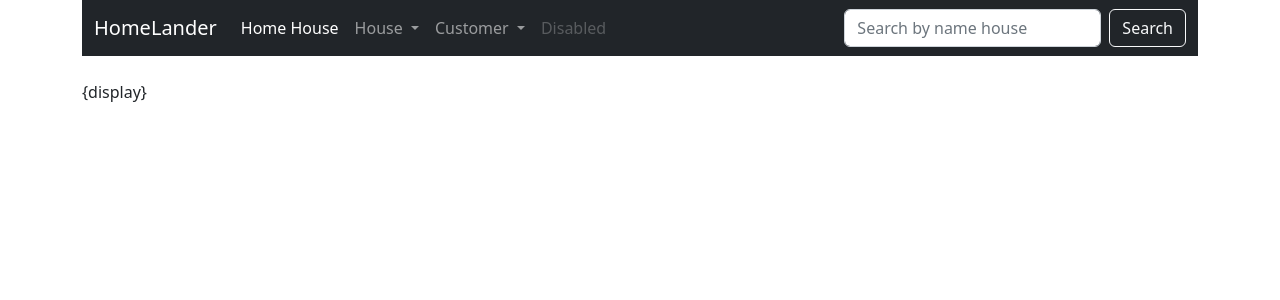
Repository: nguyenhung50497/MD3_caseStudy
Page: src/views/error/notfound.html
These files come from the project's save history. The page is drawn as it stood at one moment and after the next save; the edit follows.
The browser window is 1280 px wide. The pictures show the whole page.

Above is the page before, as saved 2023-01-03 20:16:26.

### src/views/error/notfound.html
<!doctype html>
<html lang="en">
  <head>
    <meta charset="utf-8">
    <meta name="viewport" content="width=device-width, initial-scale=1">
    <title>Home</title>
    <link href="https://cdn.jsdelivr.net/npm/bootstrap@5.2.3/dist/css/bootstrap.min.css" rel="stylesheet" integrity="sha384-rbsA2VBKQhggwzxH7pPCaAqO46MgnOM80zW1RWuH61DGLwZJEdK2Kadq2F9CUG65" crossorigin="anonymous">
  </head>
  <body>
    <div class="container" style="width: 90%;">
      <nav class="navbar navbar-dark bg-dark navbar-expand-lg">
        <div class="container-fluid">
          <a class="navbar-brand" href="/house/home">HomeLander</a>
          <button class="navbar-toggler" type="button" data-bs-toggle="collapse" data-bs-target="#navbarSupportedContent" aria-controls="navbarSupportedContent" aria-expanded="false" aria-label="Toggle navigation">
            <span class="navbar-toggler-icon"></span>
          </button>
          <div class="collapse navbar-collapse" id="navbarSupportedContent">
            <ul class="navbar-nav me-auto mb-2 mb-lg-0">
              <li class="nav-item">
                <a class="nav-link active" aria-current="page" href="/house/home">Home House</a>
              </li>
              <li class="nav-item dropdown">
                <a class="nav-link dropdown-toggle" href="#" role="button" data-bs-toggle="dropdown" aria-expanded="false">
                  House
                </a>
                <ul class="dropdown-menu">
                  <li><a class="dropdown-item" href="/house/create">Create New House</a></li>
                  <li><a class="dropdown-item" href="/house/home">Search House</a></li>
                  <li><hr class="dropdown-divider"></li>
                  <li><a class="dropdown-item" href="#">Something else here</a></li>
                </ul>
              </li>
              <li class="nav-item dropdown">
                <a class="nav-link dropdown-toggle" href="#" role="button" data-bs-toggle="dropdown" aria-expanded="false">
                  Customer
                </a>
                <ul class="dropdown-menu">
                  <li><a class="dropdown-item" href="/customer/home">All Customer</a></li>
                  <li><a class="dropdown-item" href="/customer/create">Create New Customer</a></li>
                  <li><a class="dropdown-item" href="/customer/home">Search Customer</a></li>
                  <li><hr class="dropdown-divider"></li>
                  <li><a class="dropdown-item" href="#">Something else here</a></li>
                </ul>
              </li>
              <li class="nav-item">
                <a class="nav-link disabled">Disabled</a>
              </li>
            </ul>
            <form class="d-flex" role="search" method="post">
              <input class="form-control me-2" name="search" type="search" placeholder="Search by name house" aria-label="Search">
              <button class="btn btn-outline-light" type="submit">Search</button>
            </form>
          </div>
        </div>
      </nav>
      <br>
      <table class="table table-primary table-striped-columns" style="text-align: center;">
        {display}
      </table>
    </div>
    <script src="https://cdn.jsdelivr.net/npm/bootstrap@5.2.3/dist/js/bootstrap.bundle.min.js" integrity="sha384-kenU1KFdBIe4zVF0s0G1M5b4hcpxyD9F7jL+jjXkk+Q2h455rYXK/7HAuoJl+0I4" crossorigin="anonymous"></script>
  </body>
</html>

After the next save:
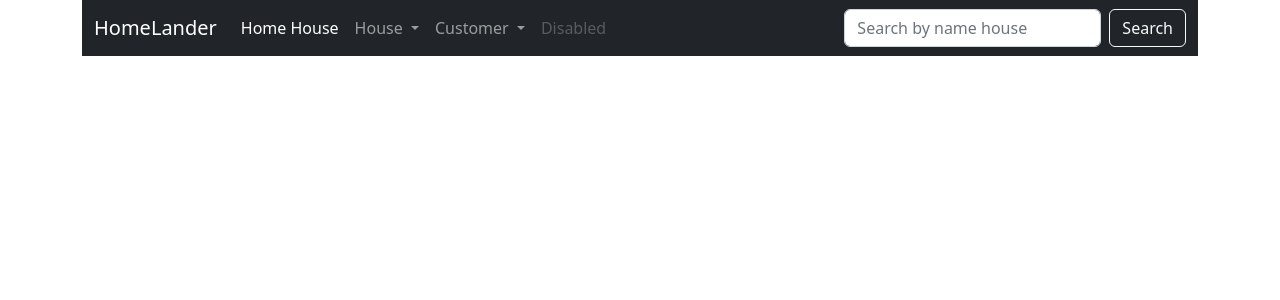
Saved 5 s later.
--- a/src/views/error/notfound.html
+++ b/src/views/error/notfound.html
@@ -54,9 +54,7 @@
         </div>
       </nav>
       <br>
-      <table class="table table-primary table-striped-columns" style="text-align: center;">
-        {display}
-      </table>
+      <h1></h1>
     </div>
     <script src="https://cdn.jsdelivr.net/npm/bootstrap@5.2.3/dist/js/bootstrap.bundle.min.js" integrity="sha384-kenU1KFdBIe4zVF0s0G1M5b4hcpxyD9F7jL+jjXkk+Q2h455rYXK/7HAuoJl+0I4" crossorigin="anonymous"></script>
   </body>
